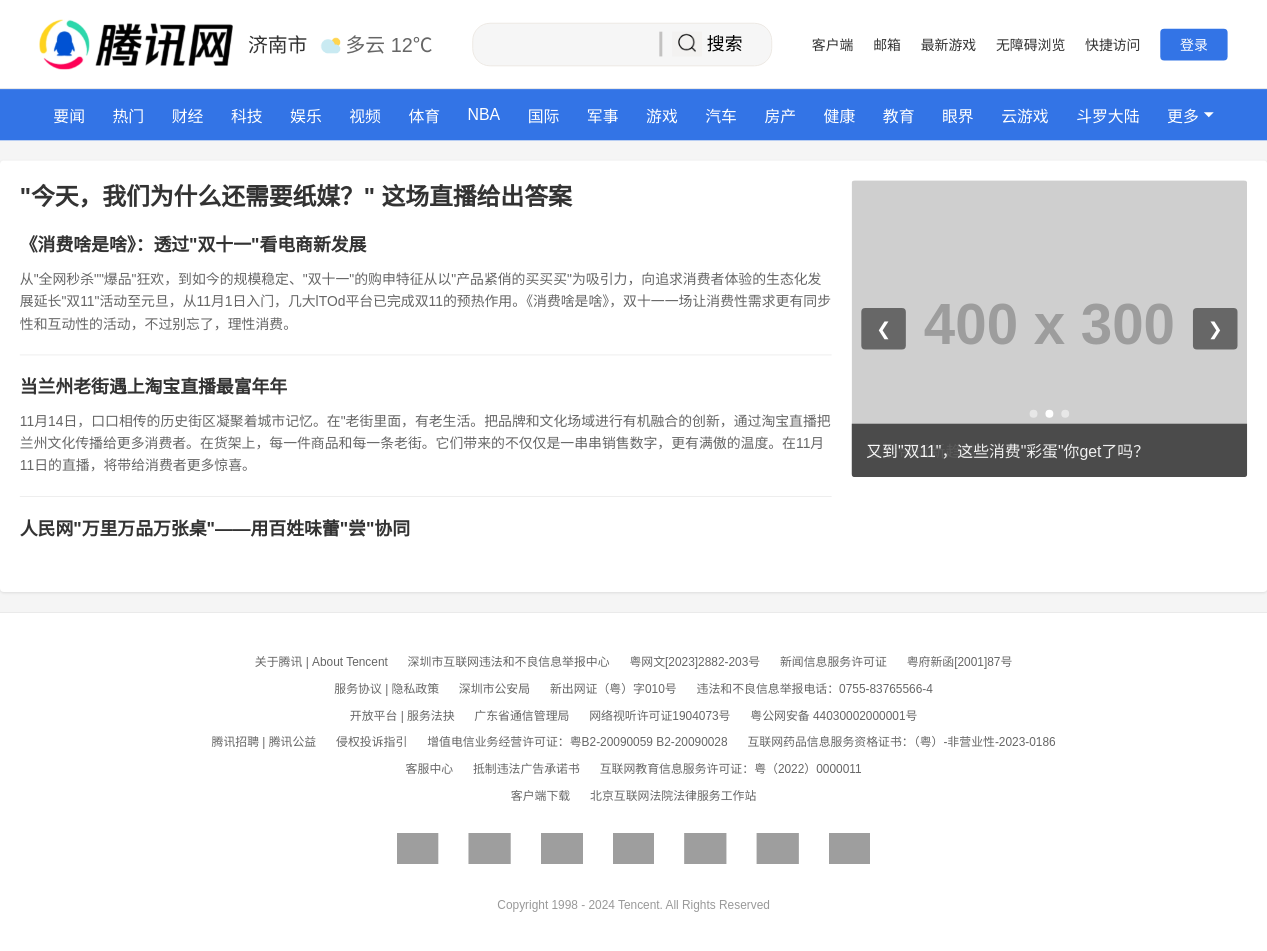
Repository: huang-heavenly-Emperor/xszy_TencentNews
Page: index.html
These files come from the project's save history. The page is drawn as it stood at one moment and after a run of saves; the edit follows.
The browser window is 1280 px wide. The pictures show the whole page, at 99% of full size.
Pictures or frames that could not be fetched are drawn as grey boxes. The style sheet was rebuilt from its Sass, Less or Tailwind sources for each picture, by a compiler version that may differ from the author's.

Above is the page before, as saved 2024-11-22 18:35:35.

After the next 4 saves:
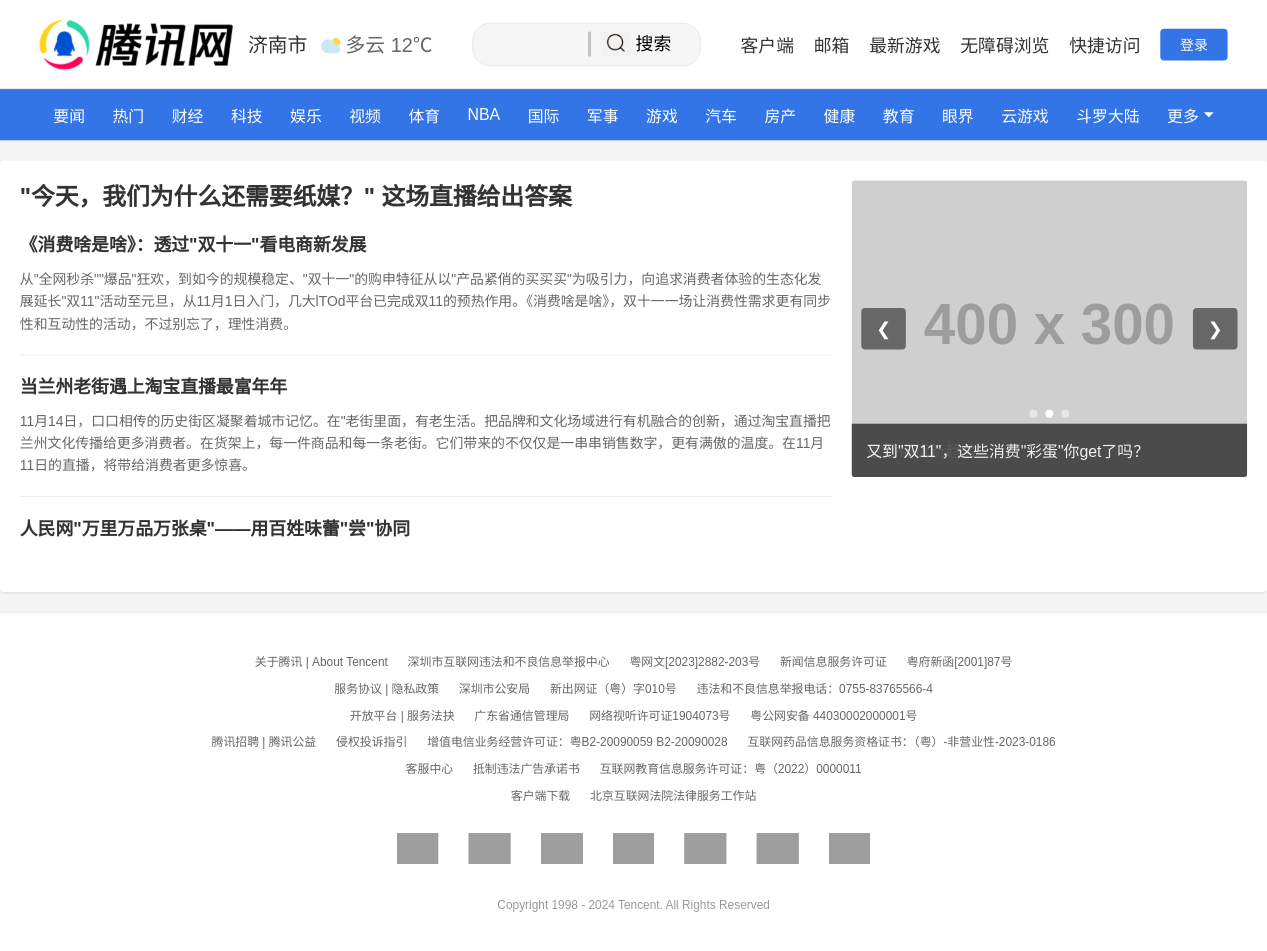
The 4 saves are shown as one change because they came seconds apart.
The last was saved 39 s later.
--- a/assets/css/style.scss
+++ b/assets/css/style.scss
@@ -144,9 +144,12 @@
         display: flex;
         align-items: center;
         gap: 20px;
-        font-size: 20px;
+
         min-width: 400px;
         justify-content: flex-end;
+        a{
+            font-size: 18px;
+        }
     }
 }
 
